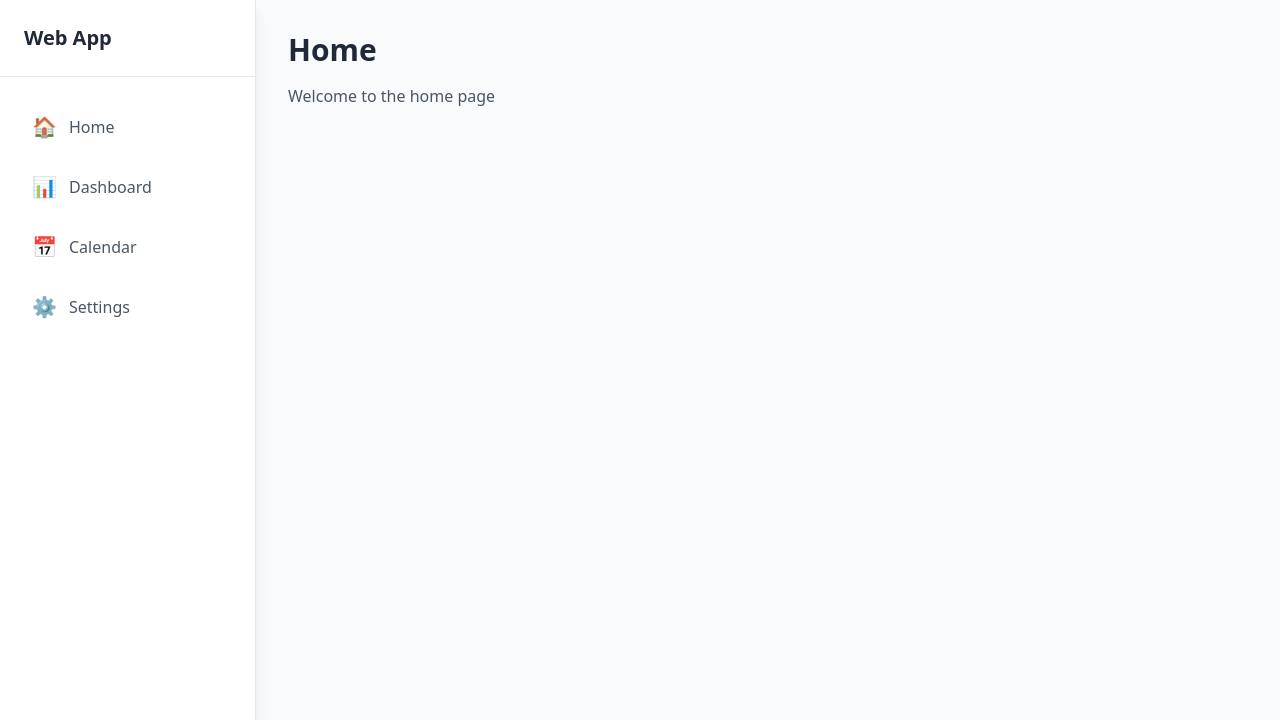
Repository: Adriann34/web-app
Page: /
These files come from the project's save history. The page is drawn as it stood at one moment and after the next save; the edit follows.
The browser window is 1280 px wide. The pictures show the whole page.
The project was rebuilt for these pictures with package versions that can differ from the ones it lists, and the page was loaded fresh each time. Also part of the build but not shown: src/pages/DashboardPage.tsx, src/pages/CalendarPage.tsx, src/pages/SettingsPage.tsx.

Above is the page before, as saved 2025-07-27 14:23:22.

After the next save:
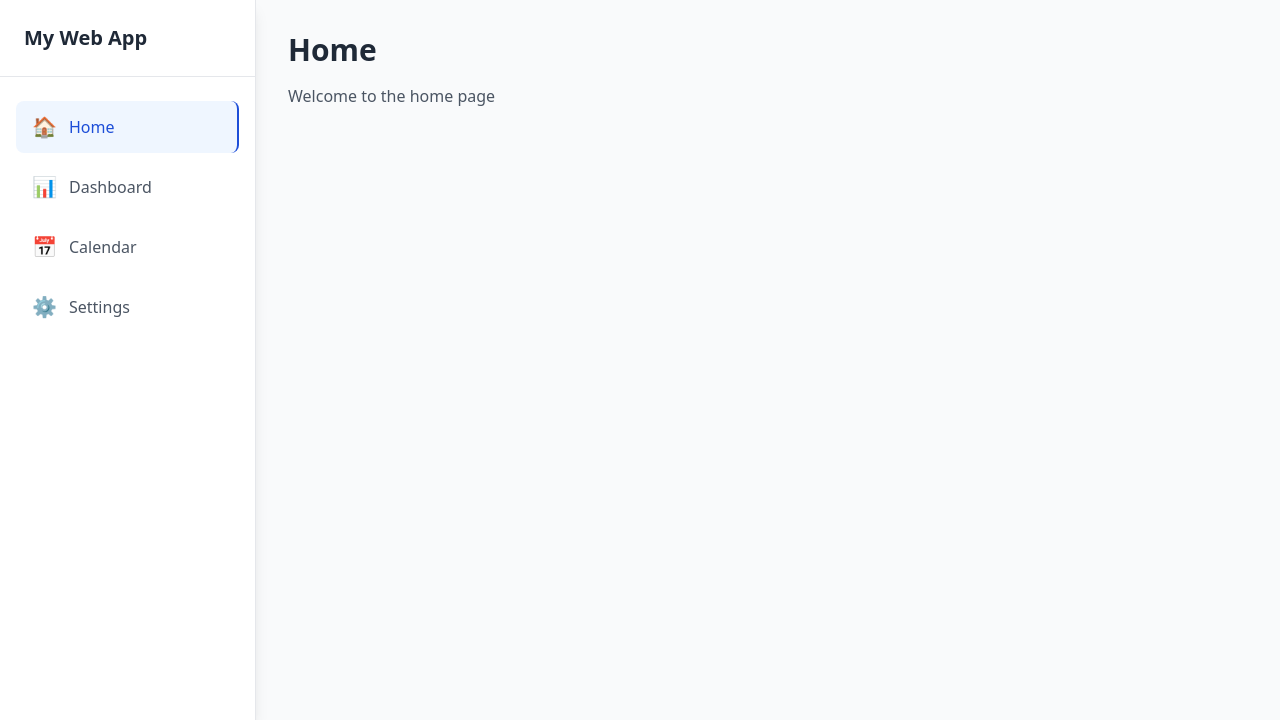
Saved 10 s later.
--- a/src/components/Sidebar.tsx
+++ b/src/components/Sidebar.tsx
@@ -1,41 +1,39 @@
 import React from 'react';
+import { Link, useLocation } from 'react-router-dom';
 
-interface SidebarProps {
-  currentPage: string;
-  onPageChange: (page: string) => void;
-}
+function Sidebar() {
+  const location = useLocation();
 
-function Sidebar({ currentPage, onPageChange }: SidebarProps) {
   const menuItems = [
-    { id: 'home', label: 'Home', icon: '🏠' },
-    { id: 'dashboard', label: 'Dashboard', icon: '📊' },
-    { id: 'calendar', label: 'Calendar', icon: '📅' },
-    { id: 'settings', label: 'Settings', icon: '⚙️' },
+    { path: '/', label: 'Home', icon: '🏠' },
+    { path: '/dashboard', label: 'Dashboard', icon: '📊' },
+    { path: '/calendar', label: 'Calendar', icon: '📅' },
+    { path: '/settings', label: 'Settings', icon: '⚙️' },
   ];
 
   return (
     <div className="w-64 bg-white h-screen shadow-lg border-r border-gray-200">
       {/* Logo/Header */}
       <div className="p-6 border-b border-gray-200">
-        <h2 className="text-xl font-bold text-gray-800">Web App</h2>
+        <h2 className="text-xl font-bold text-gray-800">My Web App</h2>
       </div>
 
       {/* Navigation Menu */}
       <nav className="mt-6">
         <ul className="space-y-2 px-4">
           {menuItems.map((item) => (
-            <li key={item.id}>
-              <button
-                onClick={() => onPageChange(item.id)}
+            <li key={item.path}>
+              <Link
+                to={item.path}
                 className={`w-full flex items-center px-4 py-3 text-left rounded-lg transition-colors duration-200 ${
-                  currentPage === item.id
+                  location.pathname === item.path
                     ? 'bg-blue-50 text-blue-700 border-r-2 border-blue-700'
                     : 'text-gray-600 hover:bg-gray-50 hover:text-gray-800'
                 }`}
               >
                 <span className="text-xl mr-3">{item.icon}</span>
                 <span className="font-medium">{item.label}</span>
-              </button>
+              </Link>
             </li>
           ))}
         </ul>
